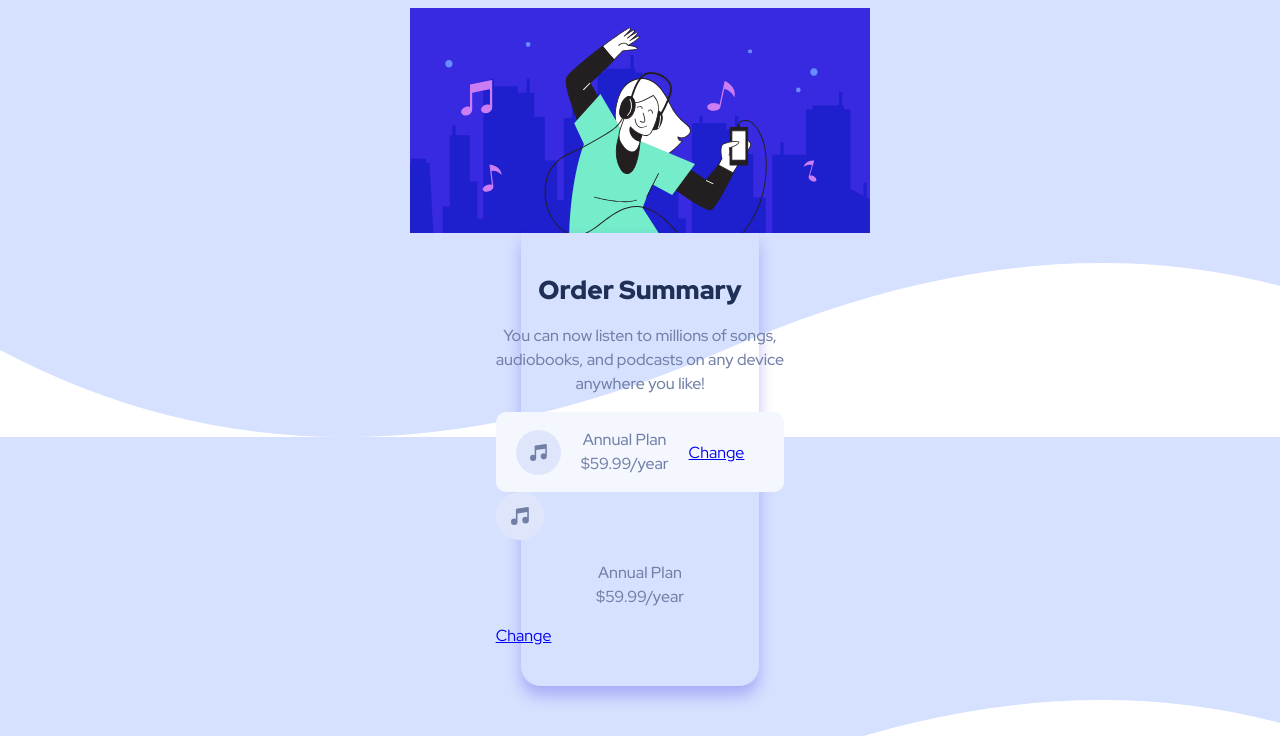
Repository: Pawan-pediredla/frontend-mentors
Page: order-summary-card/order-summary-component-main/markup/index.html
The author's editor kept a copy of each file at every save. The page is drawn from the files as they stood at one save, then again after the next save.
The browser window is 1280 px wide. The pictures show the whole page.

Above is the page before, as saved 2024-06-22 12:16:12.

After the next save:
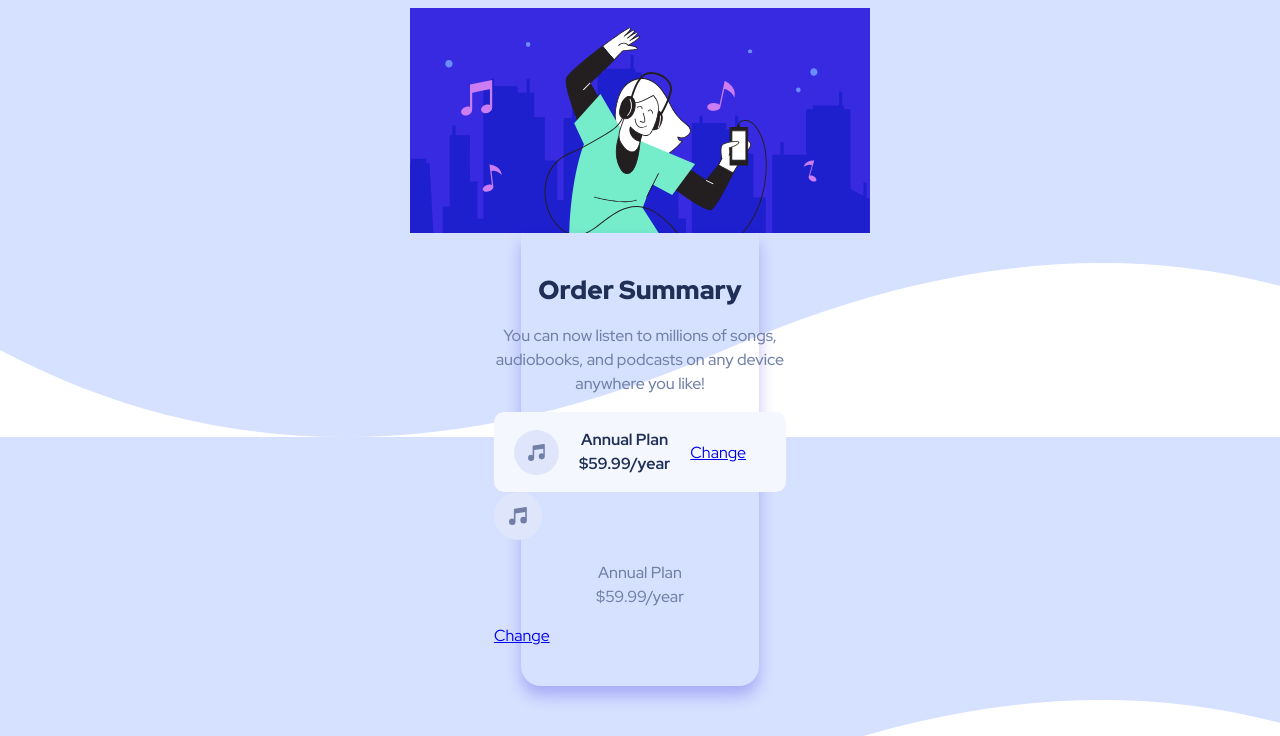
Saved 9 s later.
--- a/order-summary-card/order-summary-component-main/styling/index.css
+++ b/order-summary-card/order-summary-component-main/styling/index.css
@@ -73,3 +73,8 @@
     height: 45px;
     padding-left: 20px;
   }
+  section.price p {
+    font-size: 16px;
+    color: var(--dark-blue);
+    font-weight: 700;
+  }
